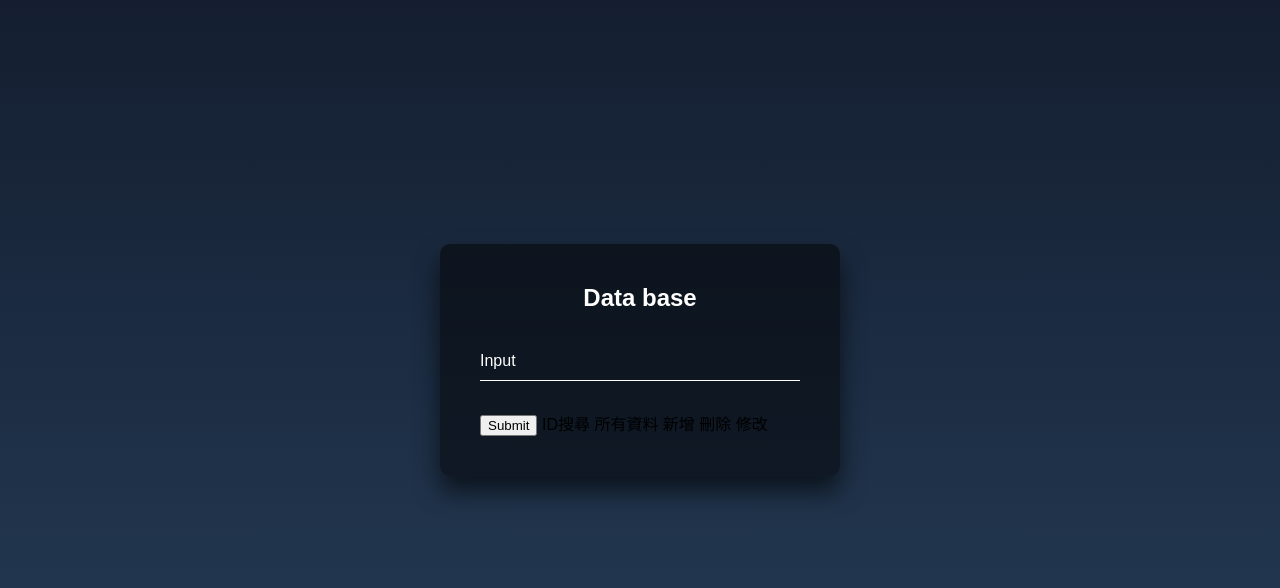
Repository: Ray917x/JaveEEforProject
Page: JSP/src/main/webapp/project/MainPageCSS.html
The author's editor kept a copy of each file at every save. The page is drawn from the files as they stood at one save, then again after the next save.
The browser window is 1280 px wide. The pictures show the whole page.

Above is the page before, as saved 2022-09-14 06:51:41.

After the next save:
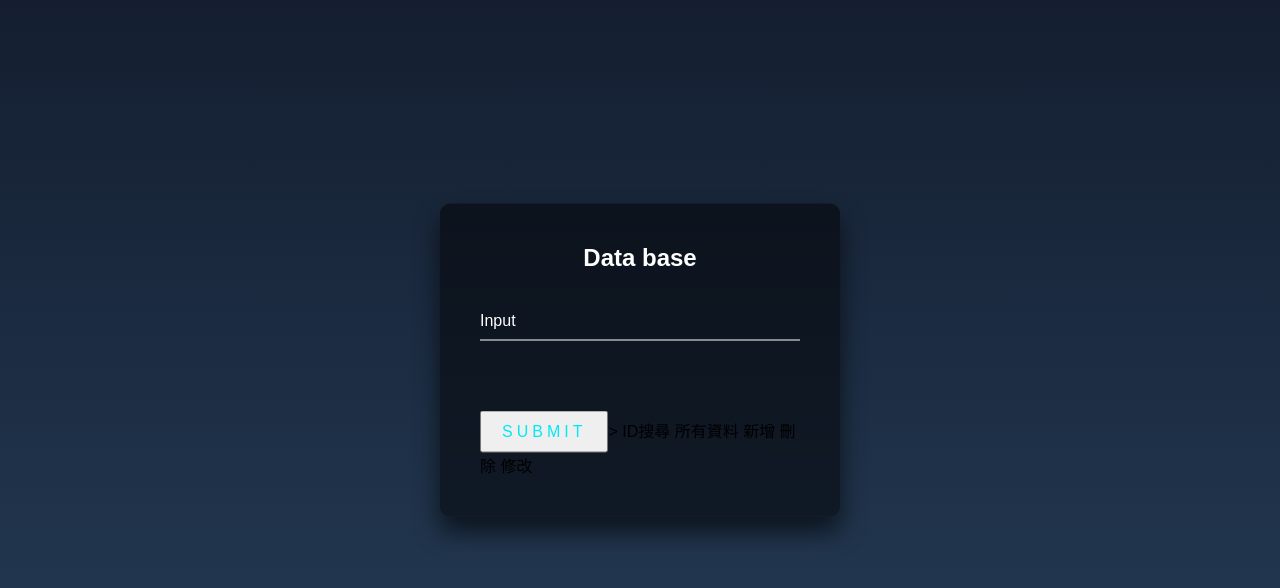
Saved 79 s later.
--- a/JSP/src/main/webapp/project/MainPageCSS.html
+++ b/JSP/src/main/webapp/project/MainPageCSS.html
@@ -213,8 +213,9 @@ bottom
 				<input type="text" name="animal_id" required> <label>Input</label>
 			</div>
 
-			<a input type="submit"><input type="submit"><span></span>
-				<span></span> <span></span> <span></span> ID搜尋</input> </a> <a
+			<input type="submit" class="button">><span></span>
+				<span></span> <span></span> <span></span> ID搜尋</input>
+				 <a
 				formaction="/JSP/AnimalGetAllJSTL"> <span></span> <span></span>
 				<span></span> <span></span> 所有資料
 			</a> <a formaction="AnimalCreate.html"> <span></span> <span></span> <span></span>
